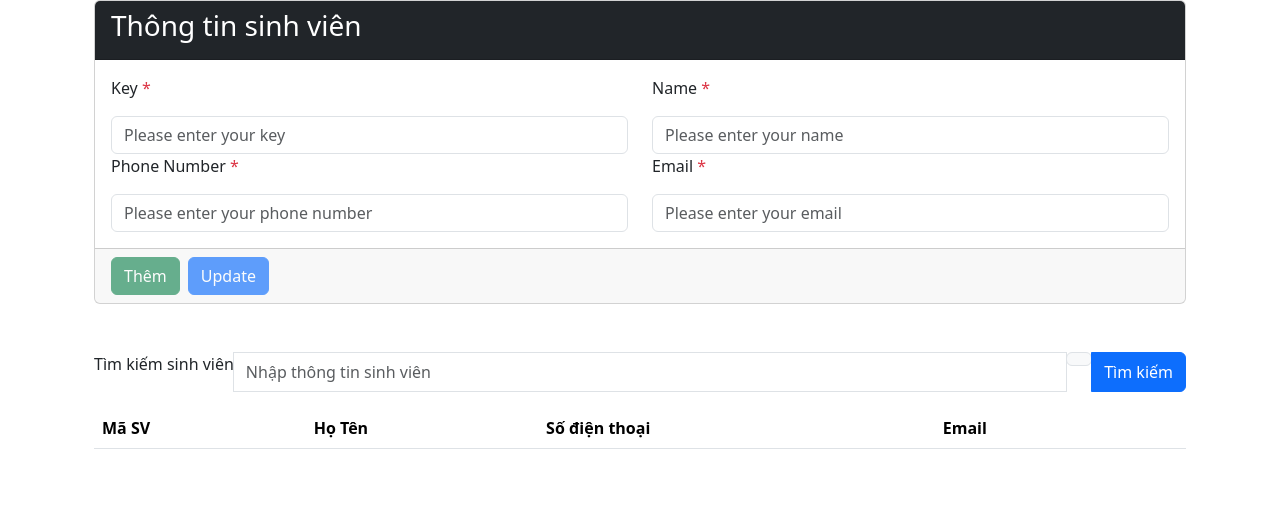
Repository: KhoiNguyen77/BT_REACT_FORM
Page: /
These files come from the project's save history. The page is drawn as it stood at one moment and after the next save; the edit follows.
The browser window is 1280 px wide. The pictures show the whole page.
The project was rebuilt for these pictures with package versions that can differ from the ones it lists, and the page was loaded fresh each time.

Above is the page before, as saved 2023-05-29 08:48:15.

After the next save:
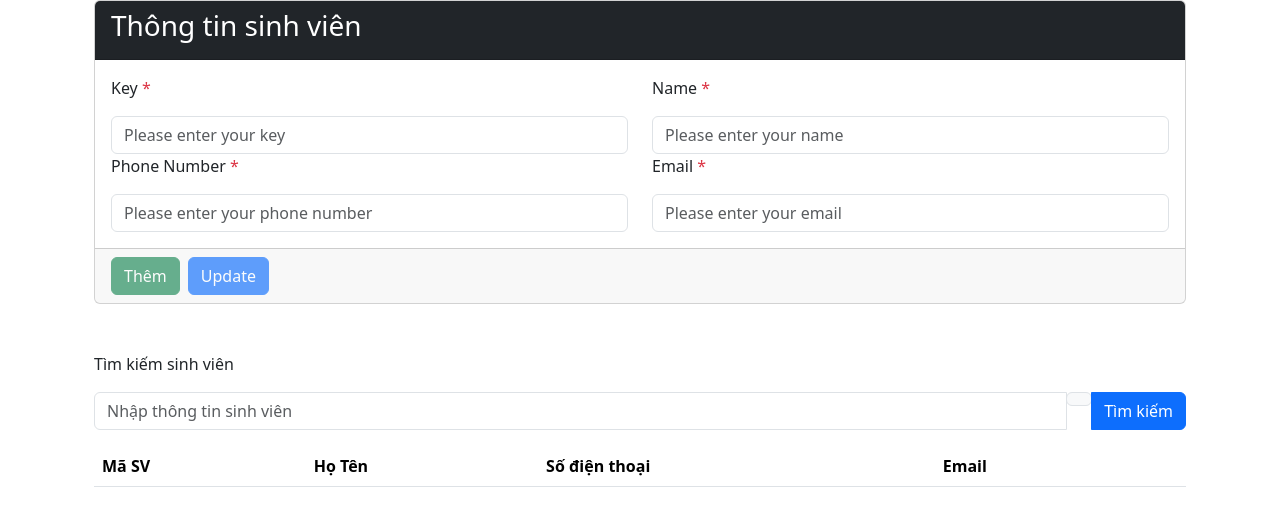
Saved 10 s later.
--- a/src/FormComponent/TableField.jsx
+++ b/src/FormComponent/TableField.jsx
@@ -17,8 +17,9 @@ export default class TableField extends Component {
             <div className='container'>
                 <div class="row mb-3">
                     <div class="col">
+                        <p>Tìm kiếm sinh viên</p>
                         <div class="input-group">
-                            <p>Tìm kiếm sinh viên</p>
+
                             <input type="text" class="form-control" placeholder="Nhập thông tin sinh viên" id="searchName" />
                             <div class="input-group-prepend">
                                 <span class="input-group-text" id="btnTimNV"><i class="fa fa-search"></i></span>
